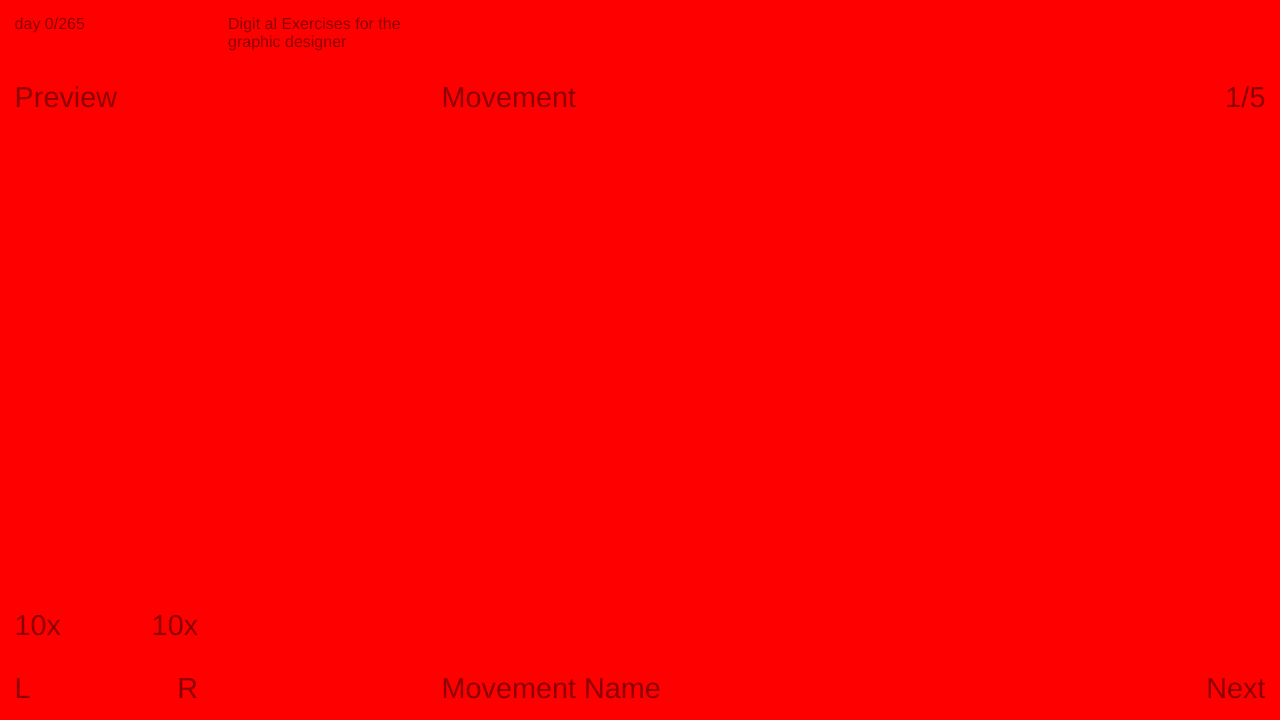
Repository: NoIdeasStudio/holiday-card-2024
Page: digit-al-exercises.html
An editor plug-in stored every save of this project. The page is shown before and after a run of saves, followed by the edit.
The browser window is 1280 px wide. The pictures show the whole page.

Above is the page before, as saved 2024-12-04 13:17:44.

After the next 3 saves:
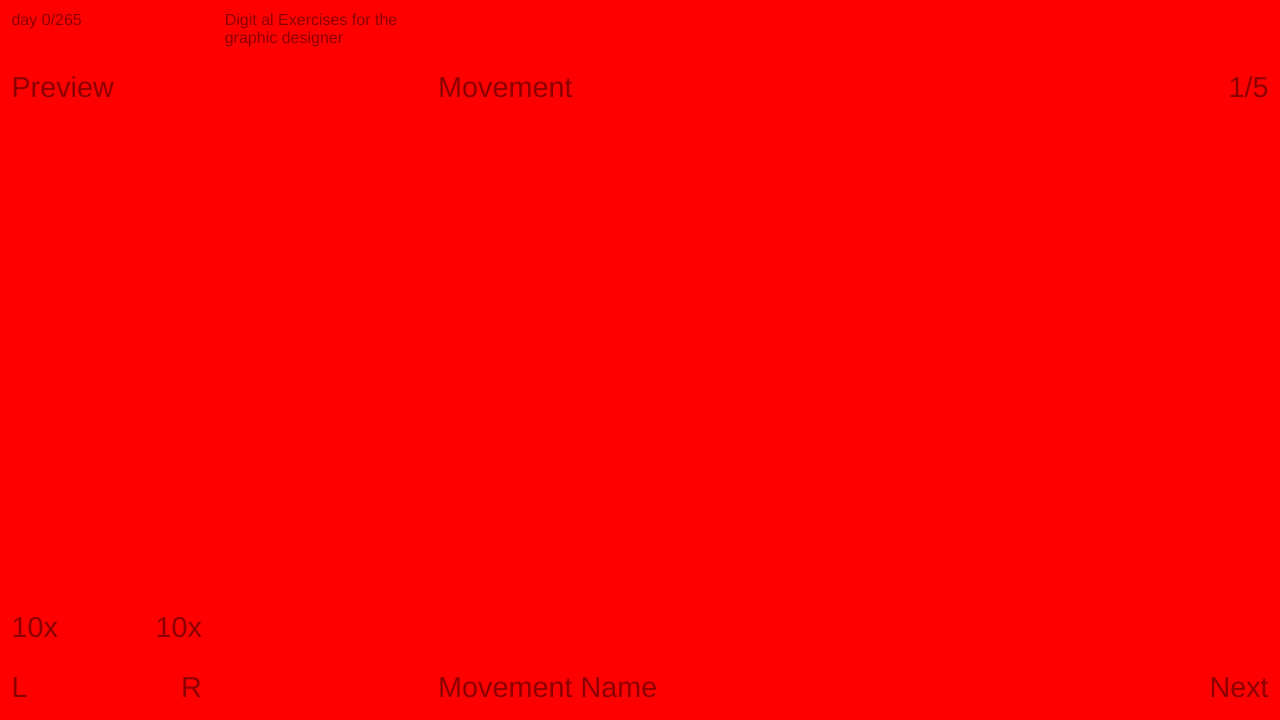
The 3 saves are shown as one change because they came seconds apart.
The last was saved 14 s later.
--- a/style.css
+++ b/style.css
@@ -14,8 +14,8 @@
     display: grid;
     grid-template-columns: repeat(6, [col-start] 4fr);
     grid-template-rows: repeat(12, [row-start] 4fr);
-    gap: 20px;
-    padding: .6em;
+    gap: .8rem;
+    padding: .4rem;
 
   }
 
